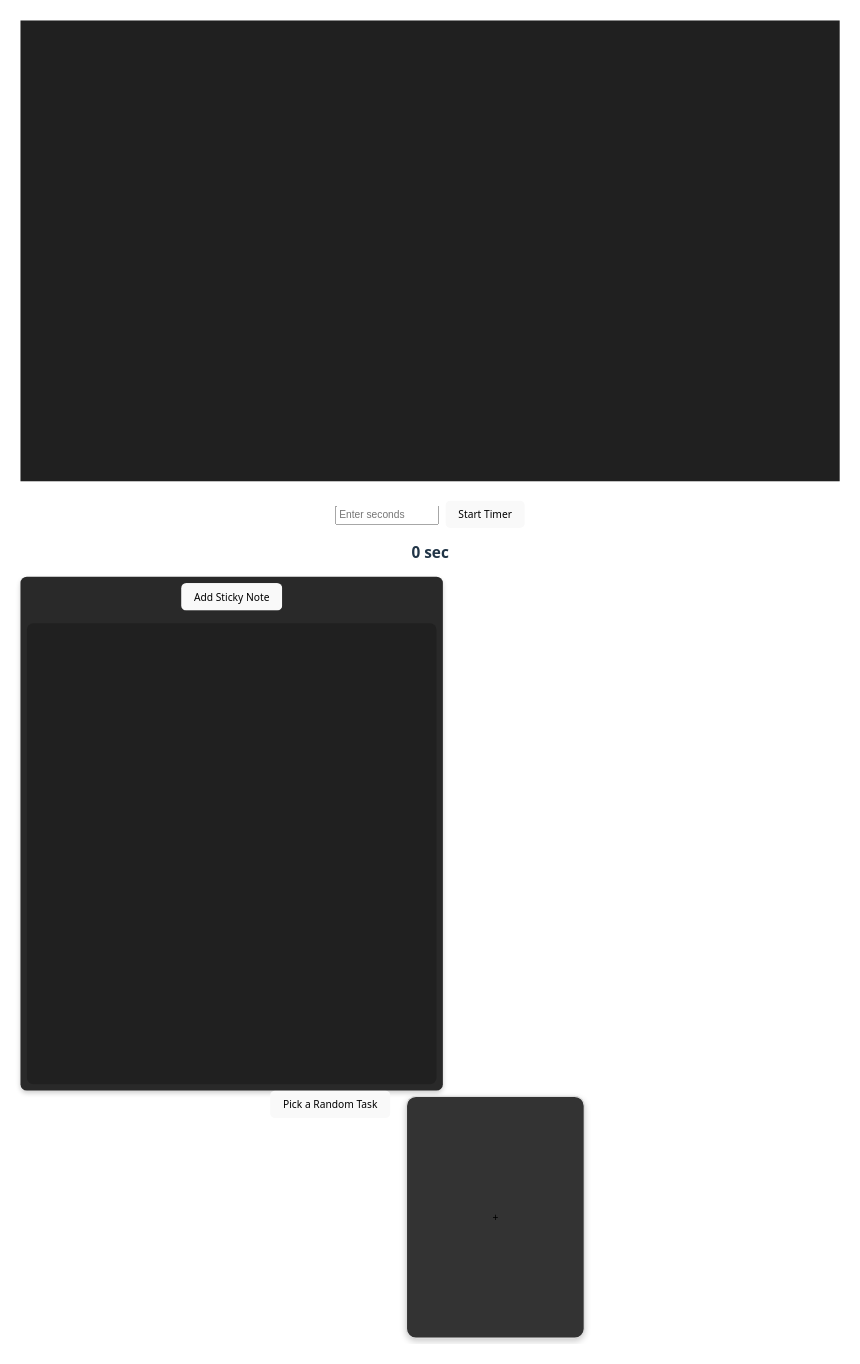
Repository: RamSivaSundaraKarthykeyan/Cards-Task
Page: /
These files come from the project's save history. The page is drawn as it stood at one moment and after the next save; the edit follows.
The browser window is 1280 px wide. The page is 1344 px wide, so the pictures cover 1344 px, including what lies to the right of the window. The pictures show the whole page, at 64% of full size.
The project was rebuilt for these pictures with package versions that can differ from the ones it lists, and the page was loaded fresh each time. Also part of the build but not shown: vite.config.js, src/CSS/checkBox.css, src/components/CheckBox.jsx, src/CSS/TaskCard.css, src/components/TaskCard.jsx.

Above is the page before, as saved 2025-04-16 19:52:25.

### index.html
<!doctype html>
<html lang="en">
  <head>
    <meta charset="UTF-8" />
    <link rel="icon" type="image/svg+xml" href="/vite.svg" />
    <meta name="viewport" content="width=device-width, initial-scale=1.0" />
    <title>New To-Do</title>
  </head>
  <body>
    <div id="root"></div>
    <script type="module" src="/src/main.jsx"></script>
  </body>
</html>

### src/main.jsx
import React, { StrictMode } from "react";
import { createRoot } from "react-dom/client";
import "./CSS/index.css";
import App from "./App.jsx";

createRoot(document.getElementById("root")).render(
  <StrictMode>
    <App />
  </StrictMode>
);

### src/App.jsx
import React from "react";
import "./CSS/App.css";
import Deck from "./components/Deck.jsx";
import { TaskCardProvider } from "./context/TaskCardContext.jsx";
import Timer from "./components/Timer.jsx";
import StickyNotes from "./components/StickyNotes.jsx";

function App() {
  return (
    <>
      <div className="app-container"></div>
      <div className="sidebar">
        <Timer />
        <div className="sticky-note">
          <StickyNotes />
        </div>
      </div>
      <div className="main-content">
        <TaskCardProvider>
          <Deck />
        </TaskCardProvider>
      </div>
    </>
  );
}

export default App;

### src/CSS/App.css
#root {
  max-width: 1280px;
  margin: 0 auto;
  padding: 2rem;
  text-align: center;
}

.logo {
  height: 6em;
  padding: 1.5em;
  will-change: filter;
  transition: filter 300ms;
}
.logo:hover {
  filter: drop-shadow(0 0 2em #646cffaa);
}
.logo.react:hover {
  filter: drop-shadow(0 0 2em #61dafbaa);
}

@keyframes logo-spin {
  from {
    transform: rotate(0deg);
  }
  to {
    transform: rotate(360deg);
  }
}

@media (prefers-reduced-motion: no-preference) {
  a:nth-of-type(2) .logo {
    animation: logo-spin infinite 20s linear;
  }
}

.card {
  padding: 2em;
}

.read-the-docs {
  color: #888;
}

.app-container {
  display: flex;
  flex-direction: row;
  /* Left-to-right layout */
  width: 100vw;
  height: 100vh;
  background-color: #202020;
  /* Same dark background */
}

.main-content {
  flex: 1;
  /* Takes up remaining width */
  position: relative;
  overflow: hidden;
  /* Keep notes within the screen, or remove if you want scroll */
}

.sticky-note {
  position: relative;
  /* Stays where you place it via top/left */
  width: 50%;
  /* Or any narrower size */
  min-height: 150px;
  background: #292929;
  /* The note’s color */
  padding: 10px;
  box-shadow: 0 4px 8px rgba(0, 0, 0, 0.2);
  cursor: move;
  user-select: none;
  border-radius: 10px;
}

.sticky-note textarea {
  width: 100%;
  height: 100%;
  background: transparent;
  border: none;
  resize: none;
  outline: none;
  color: #000000;
  font-size: 14px;
}

### src/components/Deck.jsx
import React, { useRef, useEffect } from "react";
import TaskCard from "./TaskCard.jsx";
import { useTaskCardContext } from "../context/TaskCardContext.jsx";
import "../CSS/Deck.css";

function Deck() {
  const {
    taskCards,
    addTaskCard,
    removeTaskCard,
    pickRandomTaskCard,
    selectedTaskId,
  } = useTaskCardContext();

  const inputRef = useRef({});

  const handleAddTaskCard = () => {
    const newId =
      taskCards.length === 0 ? 1 : taskCards[taskCards.length - 1].id + 1;
    addTaskCard({ id: newId });
    inputRef.current[newId] = React.createRef();
  };

  const handlePickRandomTaskCard = () => {
    const randomTaskCard = pickRandomTaskCard();
    if (randomTaskCard) {
      alert(`random Task Card:\nIDl: ${randomTaskCard.id}`);
    } else {
      alert(`No Task Cards Available!`);
    }
  };

  useEffect(() => {
    if (taskCards.length > 0) {
      const lastTaskCard = taskCards[taskCards.length - 1];
      inputRef.current[lastTaskCard.id]?.current?.focus();
    }
  }, [taskCards]);

  return (
    <div
      style={{ display: "flex", flexWrap: "wrap", gap: "16px" }}
      className="deck"
    >
      <button onClick={handlePickRandomTaskCard}> Pick a Random Task </button>
      <button className="task-card-add-button" onClick={handleAddTaskCard}>
        +
      </button>
      {taskCards.map((tc) => (
        <TaskCard
          id={tc.id}
          key={tc.id}
          removeTask={() => removeTaskCard(tc.id)}
          inputRef={inputRef.current[tc.id]}
          isSelected={tc.id === selectedTaskId}
        />
      ))}
    </div>
  );
}

export default Deck;

### src/context/TaskCardContext.jsx
import React, { createContext, useContext, useState } from "react";

const TaskCardContext = createContext();

export function TaskCardProvider({ children }) {
  const [taskCards, setTaskCards] = useState([]);
  const [selectedTaskId, setSelectedTaskId] = useState(null);

  const addTaskCard = (taskCard) => setTaskCards((prev) => [...prev, taskCard]);
  const removeTaskCard = (id) =>
    setTaskCards((prev) => prev.filter((tc) => tc.id !== id));

  const pickRandomTaskCard = () => {
    if (taskCards.length === 0) return null;
    const randomIndex = Math.floor(Math.random() * taskCards.length);
    const randomCard = taskCards[randomIndex];
    setSelectedTaskId(randomCard.id);
    return randomCard;
  };

  return (
    // any component that consumes this context will have access to these value objects
    <TaskCardContext.Provider
      value={{
        taskCards,
        addTaskCard,
        removeTaskCard,
        pickRandomTaskCard,
        selectedTaskId,
      }}
    >
      {children}
    </TaskCardContext.Provider>
  );
}

export function useTaskCardContext() {
  return useContext(TaskCardContext);
}

### src/components/Timer.jsx
import React, { useState, useEffect, useRef } from "react";

function Timer() {
  // State to hold the remaining time (in seconds)
  const [time, setTime] = useState(0);
  // State to store the input value from the user
  const [inputValue, setInputValue] = useState("");
  // State to indicate if the timer is running
  const [isRunning, setIsRunning] = useState(false);

  // Ref to store the timer id from setTimeout so it can be cleared if needed
  const timerRef = useRef(null);
  // Ref to store the audio element so we can trigger playback
  const audioRef = useRef(null);

  // useEffect to handle the countdown
  useEffect(() => {
    // If the timer is running and time is not zero, schedule a timeout to decrease time by one second.
    if (isRunning && time > 0) {
      timerRef.current = setTimeout(() => {
        setTime(time - 1);
      }, 1000);
    }
    // When the time reaches zero while the timer is running, play the sound and stop the timer.
    else if (isRunning && time === 0) {
      // Play the sound if the audio element is ready
      if (audioRef.current) {
        audioRef.current.play();
      }
      setIsRunning(false);
    }
    // Cleanup function to clear the timeout if the component re-renders or unmounts.
    return () => clearTimeout(timerRef.current);
  }, [isRunning, time]);

  // Function to start the timer based on the user input
  const startTimer = () => {
    // Convert the input value to an integer (assuming the input is in seconds)
    const seconds = parseInt(inputValue, 10);
    if (!isNaN(seconds) && seconds > 0) {
      setTime(seconds);
      setIsRunning(true);
    }
  };

  return (
    <div style={{ textAlign: "center", marginTop: "30px" }}>
      <input
        type="number"
        value={inputValue}
        onChange={(e) => setInputValue(e.target.value)}
        placeholder="Enter seconds"
        style={{ fontSize: "16px", padding: "4px", width: "150px" }}
      />
      <button
        onClick={startTimer}
        style={{ marginLeft: "10px", fontSize: "16px" }}
      >
        Start Timer
      </button>
      <h2 style={{ marginTop: "20px" }}>{time} sec</h2>
      {/* Audio element plays sound when time is up. Ensure sound.mp3 is available in your public folder or change the src to a valid URL */}
      <audio ref={audioRef}>
        <source src="/alarm.mp3" type="audio/mpeg" />
        Your browser does not support the audio element.
      </audio>
    </div>
  );
}

export default Timer;

### src/components/StickyNotes.jsx
import React, { useState, useEffect } from "react";

function StickyNotes() {
  const [notes, setNotes] = useState([]);
  const [draggingId, setDraggingId] = useState(null);
  const [offset, setOffset] = useState({ x: 0, y: 0 });

  const addNote = () => {
    const newNote = {
      id: Date.now(),
      content: "",
      x: 50,
      y: 50,
    };
    setNotes([...notes, newNote]);
  };

  const handleMouseDown = (e, id) => {
    const note = notes.find((n) => n.id === id);
    if (note) {
      setDraggingId(id);
      setOffset({
        x: e.clientX - note.x,
        y: e.clientY - note.y,
      });
    }
  };

  useEffect(() => {
    const handleMouseMove = (e) => {
      if (draggingId !== null) {
        setNotes((prevNotes) =>
          prevNotes.map((note) =>
            note.id === draggingId
              ? { ...note, x: e.clientX - offset.x, y: e.clientY - offset.y }
              : note
          )
        );
      }
    };

    const handleMouseUp = () => {
      setDraggingId(null);
    };

    if (draggingId !== null) {
      document.addEventListener("mousemove", handleMouseMove);
      document.addEventListener("mouseup", handleMouseUp);
    }

    return () => {
      document.removeEventListener("mousemove", handleMouseMove);
      document.removeEventListener("mouseup", handleMouseDown);
    };
  }, [draggingId, offset]);

  const updateContent = (id, content) => {
    setNotes((prevNotes) =>
      prevNotes.map((note) => (note.id === id ? { ...note, content } : note))
    );
  };

  return (
    <div>
      <button onClick={addNote} style={{ marginBottom: "20px" }}>
        Add Sticky Note
      </button>
      <div
        style={{
          position: "relative",
          height: "100vh",
          border: "none",
          background: "#202020",
          borderRadius: "10px",
          overflow: "hidden",
        }}
      >
        {notes.map((note) => (
          <div
            key={note.id}
            onMouseDown={(e) => handleMouseDown(e, note.id)}
            style={{
              position: "absolute",
              top: note.y,
              left: note.x,
              width: "200px",
              minHeight: "150px",
              background: "yellow",
              padding: "10px",
              cursor: "move",
              boxShadow: "0 4px 8px rgba(0,0,0,0.2)",
              userSelect: "none",
            }}
          >
            <textarea
              value={note.content}
              onChange={(e) => updateContent(note.id, e.target.value)}
              placeholder="Enter your note"
              style={{
                width: "100%",
                height: "100%",
                background: "transparent",
                border: "none",
                resize: "none",
                outline: "none",
                color: "black",
              }}
            />
          </div>
        ))}
      </div>
    </div>
  );
}

export default StickyNotes;

### src/CSS/Deck.css
.task-card-add-button {
    width: 280px;
    height: 380px;
    margin: 8px;
    display: flex;
    justify-content: center;
    align-items: center;
    border: 2px solid #ddd;
    border-radius: 16px;
    background: #333;
    box-shadow: 0 4px 10px rgba(0, 0, 0, 0.2);
    cursor: pointer;
    box-sizing: border-box;
    /* Ensures uniform size */
}

.task-card-add-button:hover {
    transform: scale(1.05);
    box-shadow: 0 6px 12px rgba(0, 0, 0, 0.2);
}

.deck {
    display: flex;
    flex-wrap: wrap;
    gap: 16px;
    justify-content: center;
    align-items: flex-start;
}

Loaded but not shown: src/index.css (common file)

After the next save:
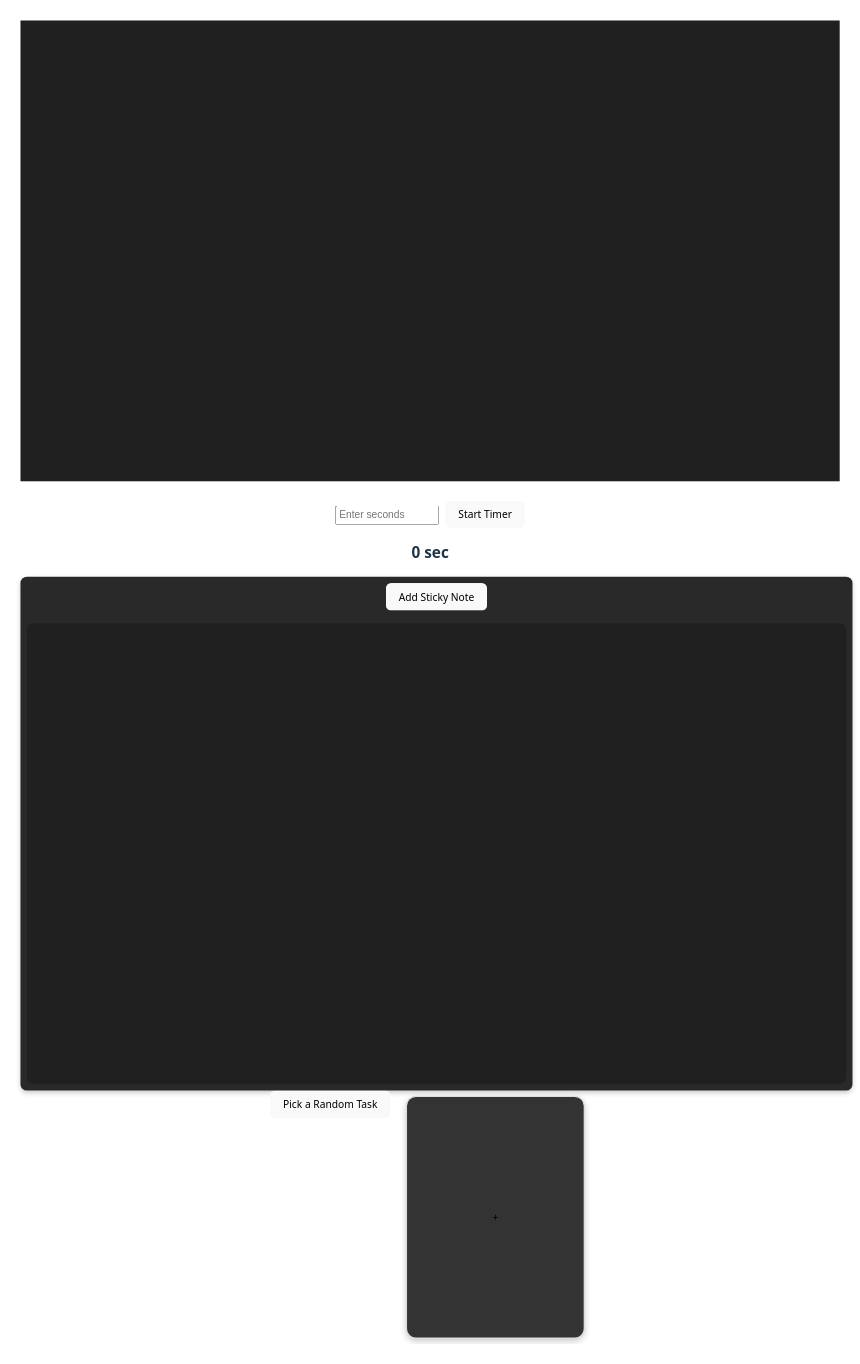
Saved 33 s later.
--- a/src/CSS/App.css
+++ b/src/CSS/App.css
@@ -62,7 +62,7 @@
 .sticky-note {
   position: relative;
   /* Stays where you place it via top/left */
-  width: 50%;
+  width: 100%;
   /* Or any narrower size */
   min-height: 150px;
   background: #292929;
